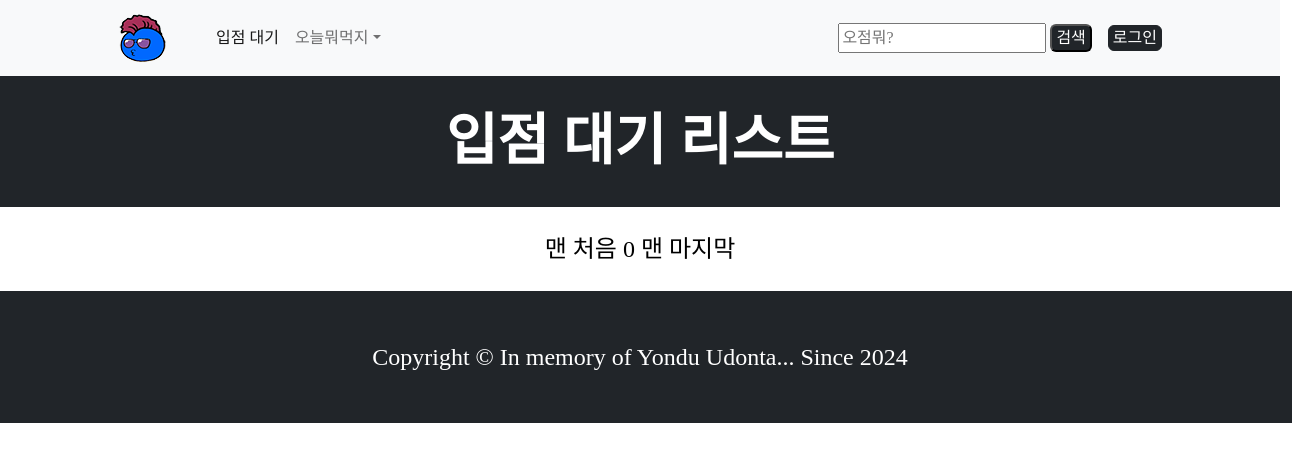
Repository: ashwan94/ydzone
Page: http://localhost/YonduZone/restaurant/vote
The author's editor kept a copy of each file at every save. The page is drawn from the files as they stood at one save, then again after the next save.
The browser window is 1280 px wide. The page is 1292 px wide, so the pictures cover 1292 px, including what lies to the right of the window. The pictures show the whole page.
Some web fonts or font styles are not loaded; a fallback is used. The page is served by Tomcat 9.

Above is the page before, as saved 2024-05-02 12:56:06.

After the next save:
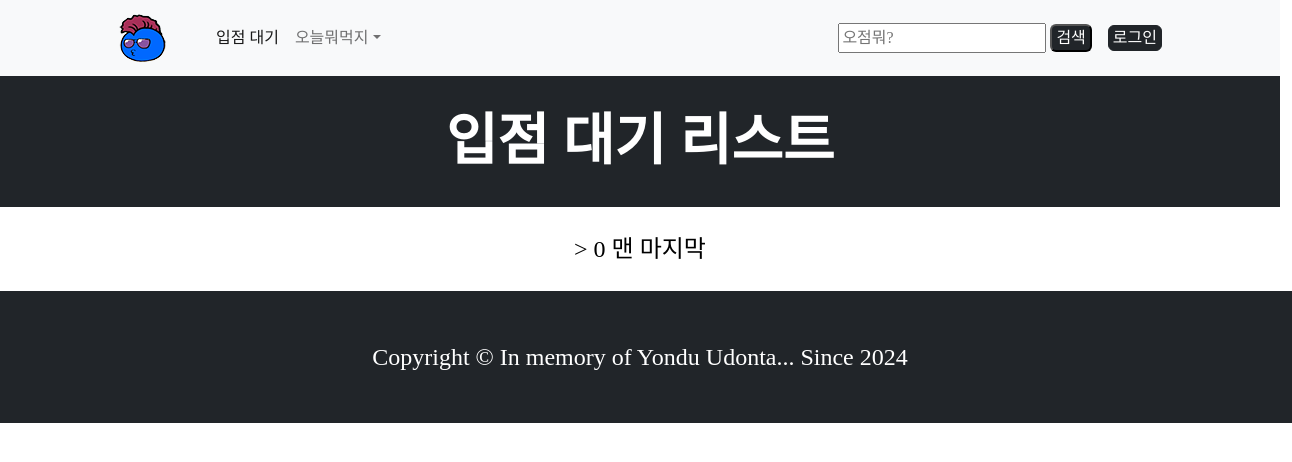
Saved 14 s later.
--- a/YonduZone/src/main/webapp/WEB-INF/views/restaurant/stanby.jsp
+++ b/YonduZone/src/main/webapp/WEB-INF/views/restaurant/stanby.jsp
@@ -152,7 +152,7 @@
 <div class="col-4"></div>
 <div class="col-4 my-4">
 	<!-- 페이지 링크 -->
-	<a href="/restaurant/stanby?currentPageNo=1&userNo=${sessionScope.user.no}">맨 처음</a>
+	<a href="/restaurant/stanby?currentPageNo=1&userNo=${sessionScope.user.no}">&gt;</a>
 	<c:if test="${pagination.currentPageNo > 1 }">
 		<a href="/restaurant/stanby?currentPageNo=${pagination.currentPageNo - 1 }&userNo=${sessionScope.user.no}">이전</a>
 	</c:if>
